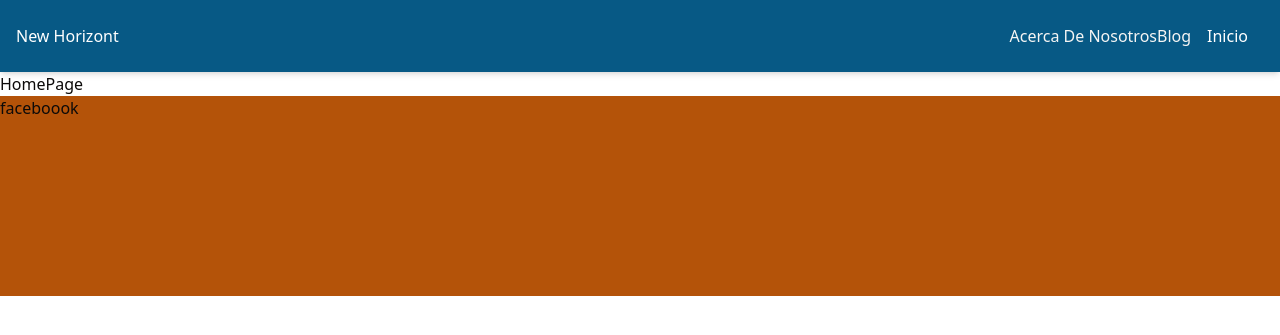
Repository: jefrydep/new-horizont-school
Page: /home
An editor plug-in stored every save of this project. The page is shown before and after the next save, followed by the edit.
The browser window is 1280 px wide. The pictures show the whole page.
The project was rebuilt for these pictures with package versions that can differ from the ones it lists, and the page was loaded fresh each time. The framework's server and built-in components were replaced by stand-ins that run in the browser. Also part of the build but not shown: next.config.ts.

Above is the page before, as saved 2024-11-07 19:58:12.

### src/app/layout.tsx
import type { Metadata } from "next";
import localFont from "next/font/local";
import "./globals.css";
import Navbar from "@/components/Navbar";
import { Button } from "@/components/ui/button";
import Footer from "@/components/Footer";

const geistSans = localFont({
  src: "./fonts/GeistVF.woff",
  variable: "--font-geist-sans",
  weight: "100 900",
});
const geistMono = localFont({
  src: "./fonts/GeistMonoVF.woff",
  variable: "--font-geist-mono",
  weight: "100 900",
});

export const metadata: Metadata = {
  title: "Create Next App",
  description: "Generated by create next app",
};

export default function RootLayout({
  children,
}: Readonly<{
  children: React.ReactNode;
}>) {
  return (
    <html lang="en">
      <body
        className={`   ${geistSans.variable} ${geistMono.variable} antialiased`}
      >
        <Navbar />
        {children}
        <div className=" sm:hidden bg-white border flex justify-center py-3  absolute bottom-0 right-0 left-0">
          <Button className="bg-green-500">
            <span>w</span> Contacto
          </Button>
        </div>
        {/* <div className="absolute bg-red-400 bottom-0 left-1/2 transform -translate-x-1/2 mb-4">
          <Button>Contacto</Button>
        </div> */}
        <Footer/>
      </body>
    </html>
  );
}

### src/app/(new-horizont-school)/layout.tsx
// import type { Metadata } from "next";
// import localFont from "next/font/local";

import Navbar from "@/components/Navbar";

// const geistSans = localFont({
//   src: "./fonts/GeistVF.woff",
//   variable: "--font-geist-sans",
//   weight: "100 900",
// });
// const geistMono = localFont({
//   src: "./fonts/GeistMonoVF.woff",
//   variable: "--font-geist-mono",
//   weight: "100 900",
// });

// export const metadata: Metadata = {
//   title: "Create Next App",
//   description: "Generated by create next app",
// };

export default function SchoolLayout({
  children,
}: Readonly<{
  children: React.ReactNode;
}>) {
  return (
    <html lang="en">
      <body
      // className={`${geistSans.variable} ${geistMono.variable} antialiased`}
      >
        {children}
      </body>
    </html>
  );
}

### src/app/(new-horizont-school)/home/page.tsx

export default function HomePage() {
  return (
    <div>HomePage</div>
  )
}

### src/app/globals.css
@tailwind base;
@tailwind components;
@tailwind utilities;

/* :root {
  --background: #ffffff;
  --foreground: #171717;
}

@media (prefers-color-scheme: dark) {
  :root {
    --background: #0a0a0a;
    --foreground: #ededed;
  }
}

body {
  color: var(--foreground);
  background: var(--background);
  font-family: Arial, Helvetica, sans-serif;
} */
@layer base {
  :root {
    --background: 0 0% 100%;
    --foreground: 20 14.3% 4.1%;
    --card: 0 0% 100%;
    --card-foreground: 20 14.3% 4.1%;
    --popover: 0 0% 100%;
    --popover-foreground: 20 14.3% 4.1%;
    --primary: 24 9.8% 10%;
    --primary-foreground: 60 9.1% 97.8%;
    --secondary: 60 4.8% 95.9%;
    --secondary-foreground: 24 9.8% 10%;
    --muted: 60 4.8% 95.9%;
    --muted-foreground: 25 5.3% 44.7%;
    --accent: 60 4.8% 95.9%;
    --accent-foreground: 24 9.8% 10%;
    --destructive: 0 84.2% 60.2%;
    --destructive-foreground: 60 9.1% 97.8%;
    --border: 20 5.9% 90%;
    --input: 20 5.9% 90%;
    --ring: 20 14.3% 4.1%;
    --chart-1: 12 76% 61%;
    --chart-2: 173 58% 39%;
    --chart-3: 197 37% 24%;
    --chart-4: 43 74% 66%;
    --chart-5: 27 87% 67%;
    --radius: 0.5rem
  }
  .dark {
    --background: 20 14.3% 4.1%;
    --foreground: 60 9.1% 97.8%;
    --card: 20 14.3% 4.1%;
    --card-foreground: 60 9.1% 97.8%;
    --popover: 20 14.3% 4.1%;
    --popover-foreground: 60 9.1% 97.8%;
    --primary: 60 9.1% 97.8%;
    --primary-foreground: 24 9.8% 10%;
    --secondary: 12 6.5% 15.1%;
    --secondary-foreground: 60 9.1% 97.8%;
    --muted: 12 6.5% 15.1%;
    --muted-foreground: 24 5.4% 63.9%;
    --accent: 12 6.5% 15.1%;
    --accent-foreground: 60 9.1% 97.8%;
    --destructive: 0 62.8% 30.6%;
    --destructive-foreground: 60 9.1% 97.8%;
    --border: 12 6.5% 15.1%;
    --input: 12 6.5% 15.1%;
    --ring: 24 5.7% 82.9%;
    --chart-1: 220 70% 50%;
    --chart-2: 160 60% 45%;
    --chart-3: 30 80% 55%;
    --chart-4: 280 65% 60%;
    --chart-5: 340 75% 55%
  }
}
@layer base {
  * {
    @apply border-border;
  }
  body {
    @apply bg-background text-foreground;
  }
}

### src/components/Navbar.tsx
"use client";
import { Menu, X } from "lucide-react";
import Link from "next/link";
import { useState } from "react";

export default function Navbar() {
  const [isOpen, setIsOpen] = useState<boolean>(false);

  return (
    <header className="bg-sky-800 shadow-md  ">
      <div className="flex justify-between items-center    m-auto container px-4 py-2">
        <div className="text-white">New Horizont</div>
        <nav className="outline-none hidden    sm:flex items-center  list-none">
          <li className="text-secondary">
            <Link href={"/about"}>Acerca De Nosotros</Link>
          </li>
          <li className="text-secondary">
            <Link href={"/blog"}>Blog</Link>
          </li>
          <li className="text-white p-4">
            <Link href={"/"}>Inicio</Link>
          </li>
        </nav>

        {/* Icono de Menú para abrir el menú en móvil */}
        {!isOpen && (
          <div className="sm:hidden">
            <Menu onClick={() => setIsOpen(!isOpen)} color="white" size={45} />
          </div>
        )}

        {/* Menú desplegable con animación */}
        <div
          className={`${
            isOpen ? "opacity-100 visible" : "opacity-0 invisible"
          } absolute top-0 bottom-0 right-0 left-0 bg-black opacity-95 z-30 list-none transition-all ease-in-out `}
        >
          {isOpen && (
            <>
              <li className="text-white p-4">
                <Link href={"/about"}>Acerca De Nosotros</Link>
              </li>
              <li className="text-white p-4">
                <Link href={"/blog"}>Blog</Link>
              </li>
            </>
          )}
        </div>

        {/* Botón para cerrar el menú */}
        {isOpen && (
          <div className="z-40 absolute right-4 sm:hidden">
            <X onClick={() => setIsOpen(!isOpen)} color="white" size={45} />
          </div>
        )}
      </div>
    </header>
  );
}

### src/components/ui/button.tsx
import * as React from "react"
import { Slot } from "@radix-ui/react-slot"
import { cva, type VariantProps } from "class-variance-authority"

import { cn } from "@/lib/utils"

const buttonVariants = cva(
  "inline-flex items-center justify-center gap-2 whitespace-nowrap rounded-md text-sm font-medium transition-colors focus-visible:outline-none focus-visible:ring-1 focus-visible:ring-ring disabled:pointer-events-none disabled:opacity-50 [&_svg]:pointer-events-none [&_svg]:size-4 [&_svg]:shrink-0",
  {
    variants: {
      variant: {
        default:
          "bg-primary text-primary-foreground shadow hover:bg-primary/90",
        destructive:
          "bg-destructive text-destructive-foreground shadow-sm hover:bg-destructive/90",
        outline:
          "border border-input bg-background shadow-sm hover:bg-accent hover:text-accent-foreground",
        secondary:
          "bg-secondary text-secondary-foreground shadow-sm hover:bg-secondary/80",
        ghost: "hover:bg-accent hover:text-accent-foreground",
        link: "text-primary underline-offset-4 hover:underline",
      },
      size: {
        default: "h-9 px-4 py-2",
        sm: "h-8 rounded-md px-3 text-xs",
        lg: "h-10 rounded-md px-8",
        icon: "h-9 w-9",
      },
    },
    defaultVariants: {
      variant: "default",
      size: "default",
    },
  }
)

export interface ButtonProps
  extends React.ButtonHTMLAttributes<HTMLButtonElement>,
    VariantProps<typeof buttonVariants> {
  asChild?: boolean
}

const Button = React.forwardRef<HTMLButtonElement, ButtonProps>(
  ({ className, variant, size, asChild = false, ...props }, ref) => {
    const Comp = asChild ? Slot : "button"
    return (
      <Comp
        className={cn(buttonVariants({ variant, size, className }))}
        ref={ref}
        {...props}
      />
    )
  }
)
Button.displayName = "Button"

export { Button, buttonVariants }

### src/components/Footer.tsx
export default function Footer() {
  return (
    <div className="bg-amber-700 h-[200px]">
      <footer className="container m-auto">
        <div>faceboook</div>
      </footer>
    </div>
  );
}

Loaded but not shown: src/lib/utils.ts (common file); tailwind.config.ts (common file)

After the next save:
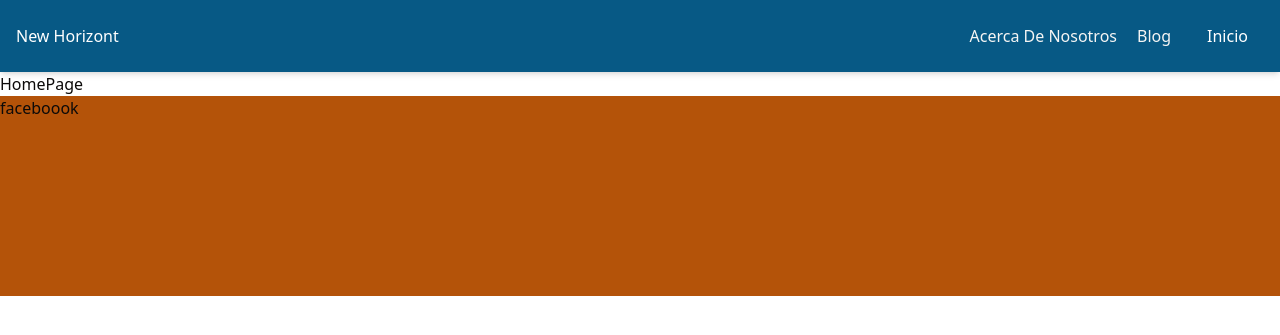
Saved 14 s later.
--- a/src/components/Navbar.tsx
+++ b/src/components/Navbar.tsx
@@ -10,7 +10,7 @@ export default function Navbar() {
     <header className="bg-sky-800 shadow-md  ">
       <div className="flex justify-between items-center    m-auto container px-4 py-2">
         <div className="text-white">New Horizont</div>
-        <nav className="outline-none hidden    sm:flex items-center  list-none">
+        <nav className="outline-none hidden    sm:flex gap-5 items-center  list-none">
           <li className="text-secondary">
             <Link href={"/about"}>Acerca De Nosotros</Link>
           </li>
